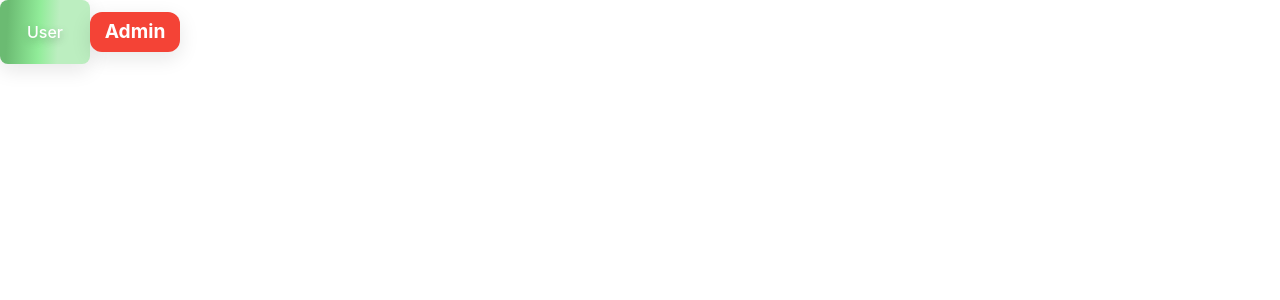
Repository: User826/Recipe
Page: /useradmin (app in recipe_project/)
An editor plug-in stored every save of this project. The page is shown before and after the next save, followed by the edit.
The browser window is 1280 px wide. The pictures show the whole page.
The project was rebuilt for these pictures with package versions that can differ from the ones it lists, and the page was loaded fresh each time. The framework's server and built-in components were replaced by stand-ins that run in the browser. Also part of the build but not shown: recipe_project/next.config.js, recipe_project/pages/users.module.css, recipe_project/components/users.js.

Above is the page before, as saved 2023-06-01 05:05:56.

After the next save:
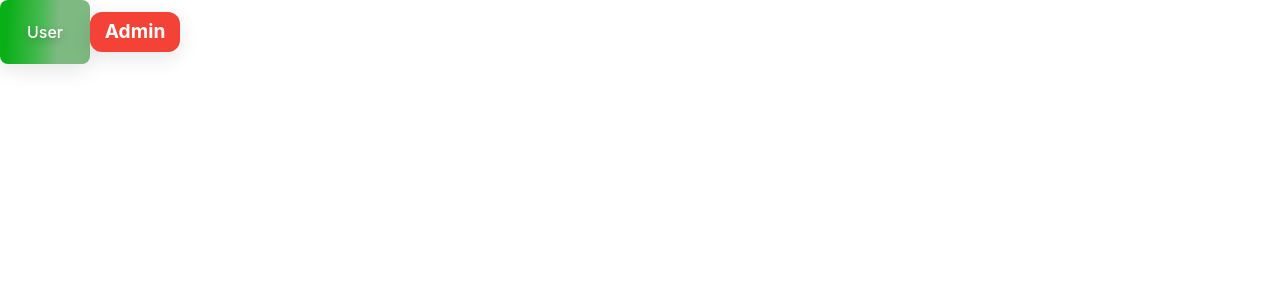
Saved 87 s later.
--- a/recipe_project/pages/useradmin.module.css
+++ b/recipe_project/pages/useradmin.module.css
@@ -92,7 +92,7 @@
 
 /* CSS */
 .user {
-  background-image: linear-gradient(92.88deg, #6bbb72 9.16%, #91ec99 43.89%, #bceec0 64.72%);
+  background-image: linear-gradient(92.88deg, #0aaf18 9.16%, #45b94f 43.89%, #7eb982 64.72%);
   border-radius: 8px;
   border-style: none;
   box-sizing: border-box;
